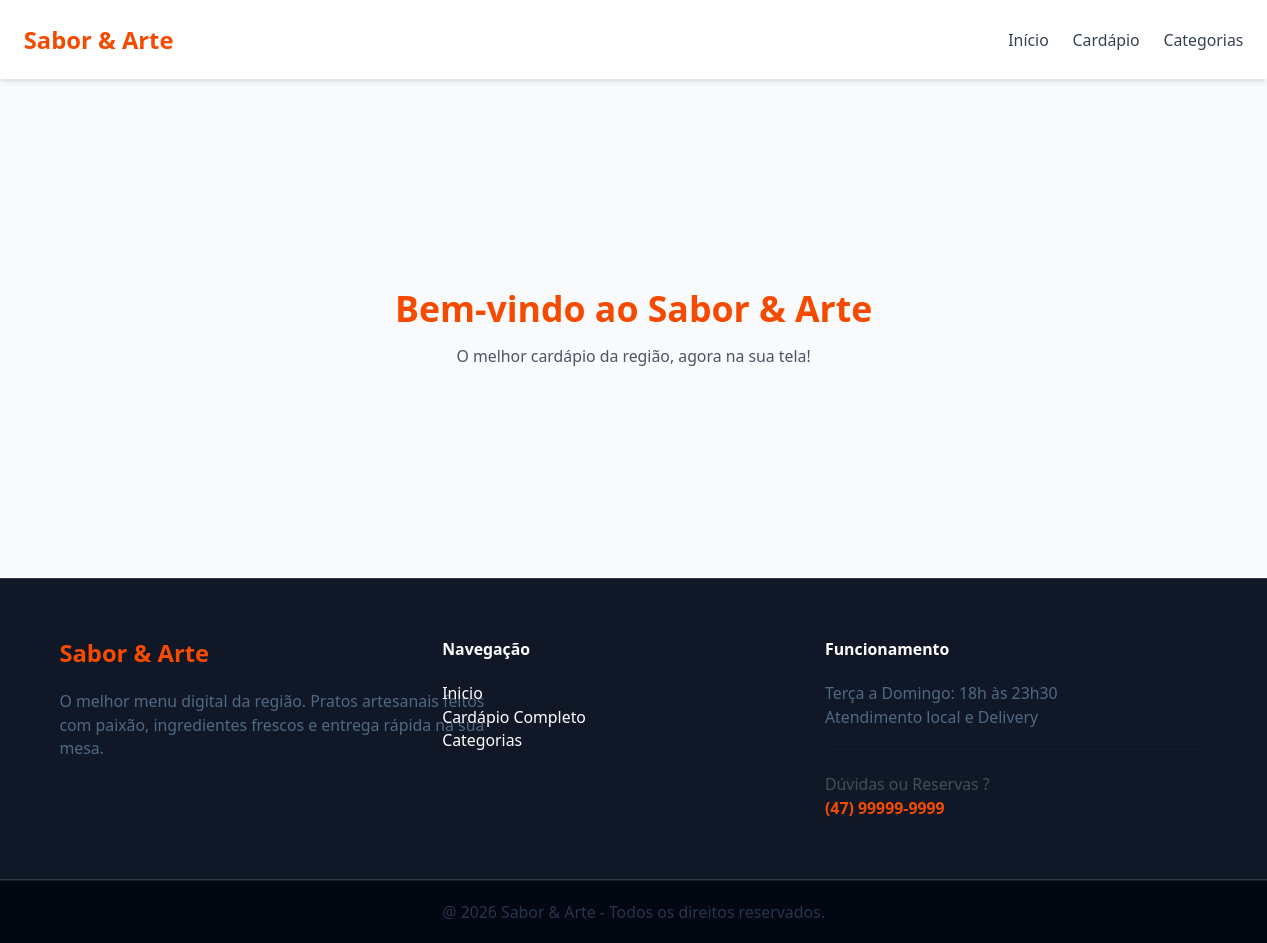
Repository: DiegoWWeege/pair-programming-next-js
Page: / (app in next-js-project/)
The author's editor kept a copy of each file at every save. The page is drawn from the files as they stood at one save, then again after a run of saves.
The browser window is 1280 px wide. The pictures show the whole page, at 99% of full size.
The project was rebuilt for these pictures with package versions that can differ from the ones it lists, and the page was loaded fresh each time. The framework's server and built-in components were replaced by stand-ins that run in the browser. Also part of the build but not shown: next-js-project/next.config.ts.

Above is the page before, as saved 2026-09-18 19:02:42.

After the next 5 saves:
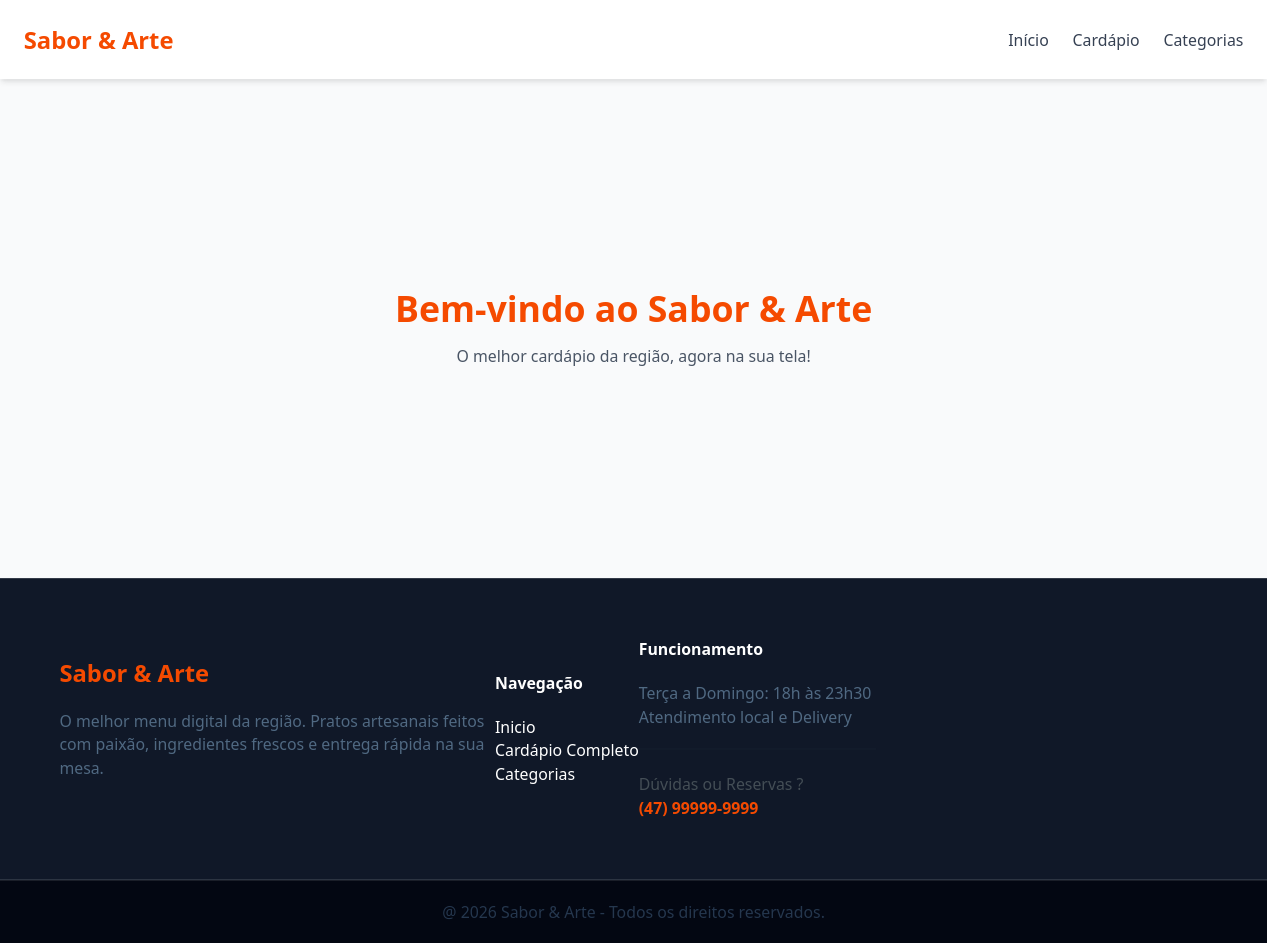
The 5 saves are shown as one change because they came seconds apart.
The last was saved 14 s later.
--- a/next-js-project/src/components/Footer.tsx
+++ b/next-js-project/src/components/Footer.tsx
@@ -5,7 +5,7 @@ export default function Footer(){
     return(
 
         <footer>
-           <div className="grid grid-cols-3 bg-[#101828] p-15">
+           <div className="flex flex-cols-3 items-center  bg-[#101828] p-15">
                 <div>
                     <h2 className="font-bold text-orange-600 text-2xl mb-5 ">
                         Sabor & Arte
